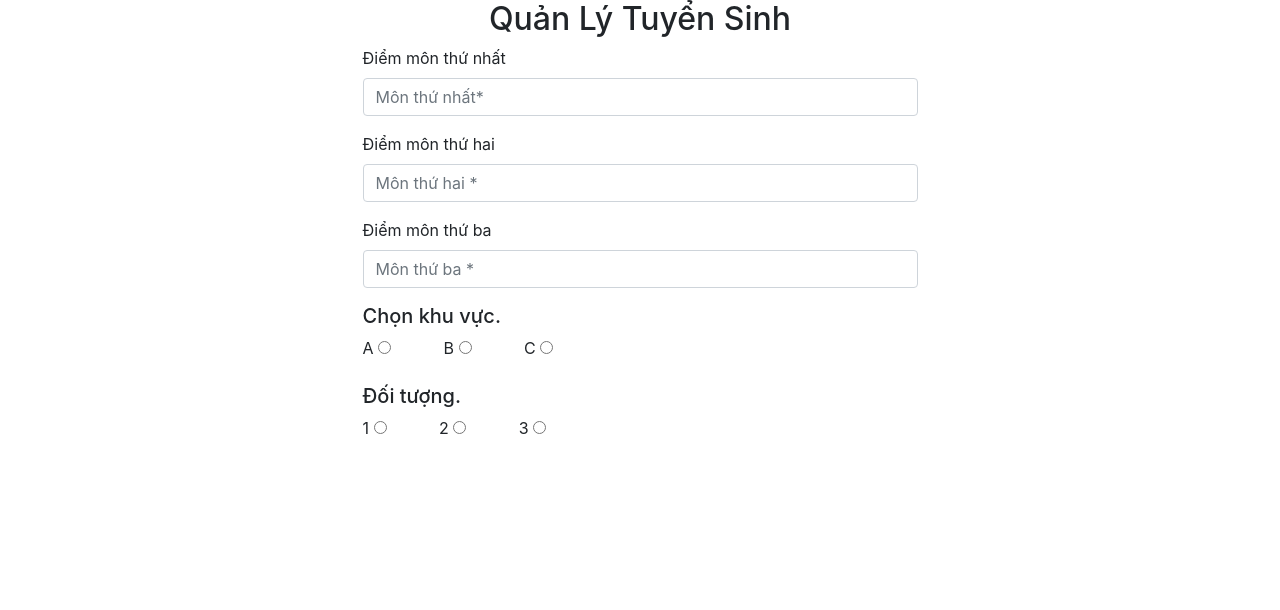
Repository: dovanthao2404/BC14_BaiTap_JS_Buoi_5_dovanthao
Page: html/bai1.html
These files come from the project's save history. The page is drawn as it stood at one moment and after the next save; the edit follows.
The browser window is 1280 px wide. The pictures show the whole page.

Above is the page before, as saved 2021-07-03 17:09:08.

### html/bai1.html
<!DOCTYPE html>
<html lang="en">

<head>
  <meta charset="UTF-8">
  <meta http-equiv="X-UA-Compatible" content="IE=edge">
  <meta name="viewport" content="width=device-width, initial-scale=1.0">
  <title>Document</title>

  <link rel="stylesheet" href="https://cdn.jsdelivr.net/npm/bootstrap@4.6.0/dist/css/bootstrap.min.css"
    integrity="sha384-B0vP5xmATw1+K9KRQjQERJvTumQW0nPEzvF6L/Z6nronJ3oUOFUFpCjEUQouq2+l" crossorigin="anonymous">
</head>

<body>

  <div class="container">
    <div class="admissions-manager">
      <form class="w-50 mx-auto">
        <h2 class="text-center">Quản Lý Tuyển Sinh</h2>
        <div class="form-group">
          <label for="scores-1">Điểm môn thứ nhất</label>
          <input class="form-control" type="text" placeholder="Môn thứ nhất*" id="scores-1">
          <span></span>
        </div>
        <div class="form-group">
          <label for="scores-2">Điểm môn thứ hai</label>
          <input class="form-control" type="text" placeholder="Môn thứ hai *" id="scores-2">
          <span></span>
        </div>
        <div class="form-group">
          <label for="scores-3">Điểm môn thứ ba</label>
          <input class="form-control" type="text" placeholder="Môn thứ ba *" id="scores-3">
          <span></span>
        </div>
        <div class="form-group">
          <h5 for="scores-3">Chọn khu vực.</h5>
          <label for="areaA">A</label>
          <input id="areaA" name="area" class="mr-5" type="radio">
          <label for="areaB">B</label>
          <input id="areaB" name="area" class="mr-5" type="radio">
          <label for="areaC">C</label>
          <input id="areaC" name="area" class="mr-5" type="radio">
          <p></p>
        </div>


        <div class="form-group">
          <h5 for="scores-3">Đối tượng.</h5>
          <label for="object-1">1</label>
          <input id="object-1" name="object" class="mr-5" type="radio">
          <label for="object-2">2</label>
          <input id="object-2" name="object" class="mr-5" type="radio">
          <label for="object-3">3</label>
          <input id="object-3" name="object" class="mr-5" type="radio">
          <p></p>
        </div>

      </form>
    </div>
  </div>
</body>

</html>

After the next save:
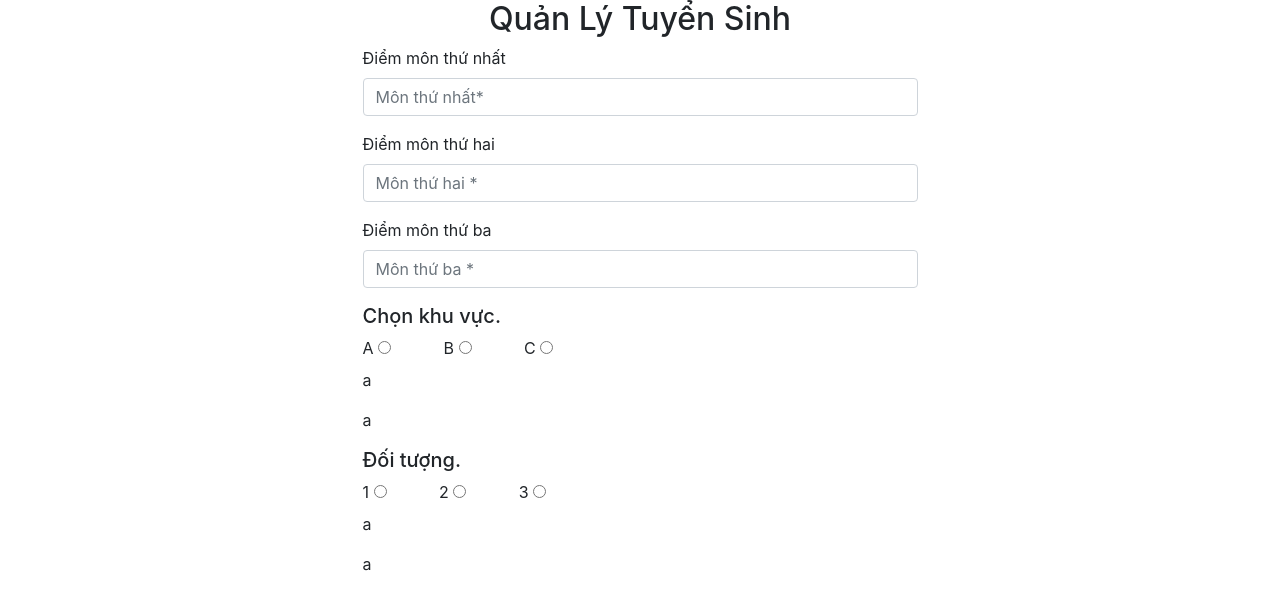
Saved 5 s later.
--- a/html/bai1.html
+++ b/html/bai1.html
@@ -40,7 +40,7 @@
           <input id="areaB" name="area" class="mr-5" type="radio">
           <label for="areaC">C</label>
           <input id="areaC" name="area" class="mr-5" type="radio">
-          <p></p>
+          <p>a</p>a
         </div>
 
 
@@ -52,7 +52,7 @@
           <input id="object-2" name="object" class="mr-5" type="radio">
           <label for="object-3">3</label>
           <input id="object-3" name="object" class="mr-5" type="radio">
-          <p></p>
+          <p>a</p>a
         </div>
 
       </form>

After the 2 saves that followed:
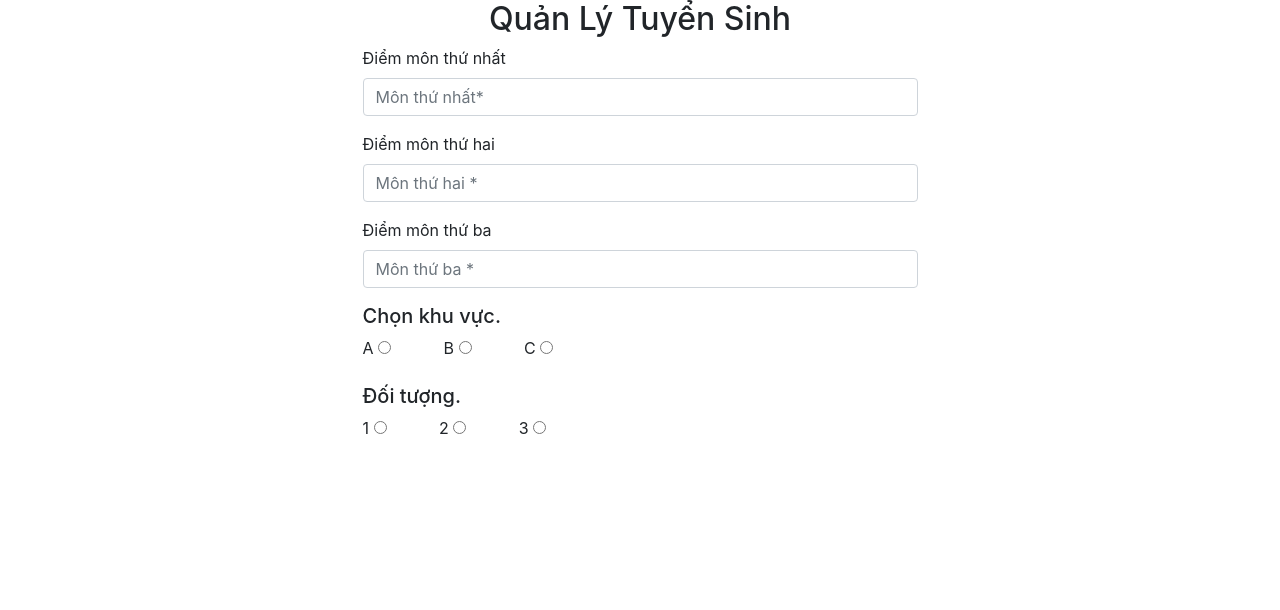
The 2 saves are shown as one change because they came seconds apart.
The last was saved 10 s later.
--- a/html/bai1.html
+++ b/html/bai1.html
@@ -40,7 +40,7 @@
           <input id="areaB" name="area" class="mr-5" type="radio">
           <label for="areaC">C</label>
           <input id="areaC" name="area" class="mr-5" type="radio">
-          <p>a</p>a
+          <p></p>
         </div>
 
 
@@ -52,7 +52,7 @@
           <input id="object-2" name="object" class="mr-5" type="radio">
           <label for="object-3">3</label>
           <input id="object-3" name="object" class="mr-5" type="radio">
-          <p>a</p>a
+          <p></p>
         </div>
 
       </form>
